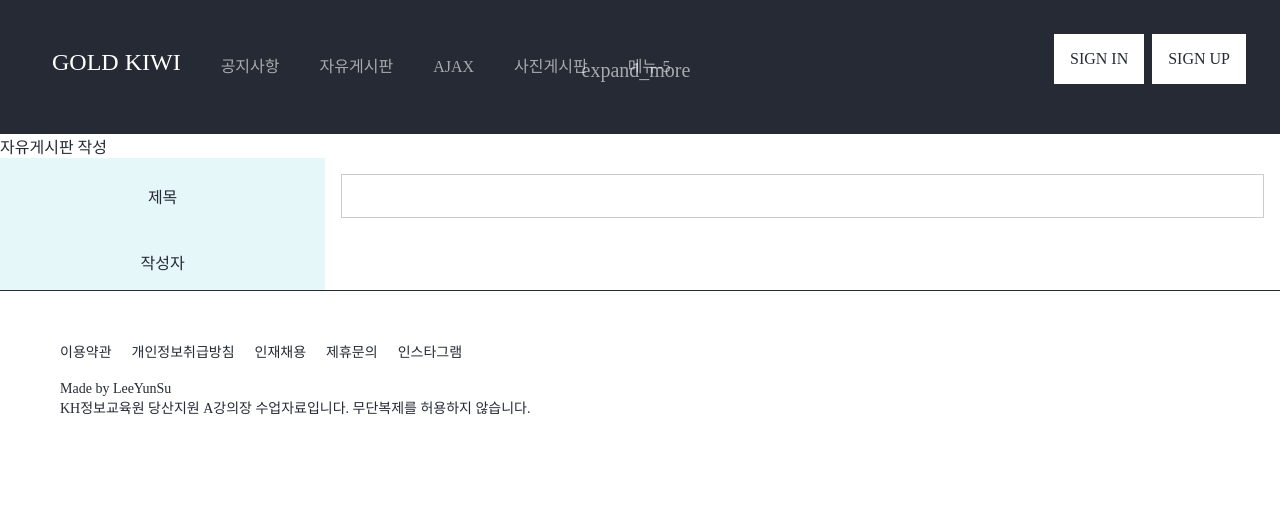
Repository: RiboKim/web-workspace
Page: http://localhost/07_mvc2WebProject/WEB-INF/views/board/BoardWriteFrm.jsp
An editor plug-in stored every save of this project. The page is shown before and after the next save, followed by the edit.
The browser window is 1280 px wide. The pictures show the whole page.
Some web fonts or font styles are not loaded; a fallback is used. The page is served by Tomcat 9. Nobody is signed in. Other server files are loaded and not shown. The template is opened directly, without the code that normally fills it, so the values that code supplies are empty.

Above is the page before, as saved 2023-02-16 09:03:51.

### 07_mvc2WebProject/src/main/webapp/WEB-INF/views/board/BoardWriteFrm.jsp
<%@ page language="java" contentType="text/html; charset=UTF-8"
    pageEncoding="UTF-8"%>
<!DOCTYPE html>
<html>
<head>
<meta charset="UTF-8">
<title>Insert title here</title>
</head>
<body>
	<%@include file = "/WEB-INF/views/common/header.jsp" %>
	<div class="content-page">
		<div class="content-title">자유게시판 작성</div>
		<form action=/noticeWrite.do" method="post" enctype="multipart/form/data">
			<table class="tbl" id="boardWrite">
			<tr class="tr-1">
				<td class="td-3">제목</td>
				<td colspan="3">
					<input type="text" name="boardTitle" class="input-form">
				</td>
			</tr>
			<tr class="tr-1">
				<td class="td-3">작성자</td>
				<td colspan="3">
					<input type="hidden" name="boardWriter" class="input-form">
				</td>
			</tr>
			</table>
		</form>
	</div>
	<%@include file = "/WEB-INF/views/common/footer.jsp" %>
</body>
</html>

### 07_mvc2WebProject/src/main/webapp/WEB-INF/views/common/header.jsp
<%@page import="kr.or.iei.member.model.vo.Member"%>
<%@ page language="java" contentType="text/html; charset=UTF-8"
    pageEncoding="UTF-8"%>
    <%
    	Member m = (Member)session.getAttribute("m");
    %>

	<!-- 구글 아이콘 -->
    <link href="https://fonts.googleapis.com/icon?family=Material+Icons" rel="stylesheet">
    <!-- jquery -->
    <script src="/js/jquery-3.6.0.js"></script>
    <!-- 기본 CSS -->
    <link rel="stylesheet" href="/css/default.css" />
    <!-- 기본 js -->
    <script src="/js/default.js"></script>

    <header>
      <div class="site-logo">
        <a href="/">GOLD KIWI</a>
      </div>
      <nav>
        <ul class="navi">
          <li><a href="/noticeList.do?requestPage=1">공지사항</a></li>
          <li><a href="/boardList.do?requestPage=1">자유게시판</a></li>
          <li><a href="/ajax.do">AJAX</a></li>
          <li><a href="/photoList.do">사진게시판</a></li>
          <li>
			<a href="#">메뉴-5</a>
            <ul class="sub-navi">
              <li><a href="/email.do">email</a></li>
              <li><a href="/map.do">지도</a></li>
              <li><a href="/pay.do">결제</a></li>
            </ul>
           </li>
        </ul>
      </nav>
      <div class="header-link">
      <%if(m == null){ %>
        <button class="btn bc11 modal-open-btn" target="#login-modal">SIGN IN</button>
        <a class="btn bc11" href="/signupFrm.do">SIGN UP</a>
      <%}else{ %>
      <%--<a class="btn bc11" href="/mypage1.do"><%=m.getMemberName() %></a> --%>
      <%--memberId를 mypage2.do로 넘겨주는거 --%>
      <a class="btn bc11" href="/mypage2.do?memberId=<%=m.getMemberId() %>"><%=m.getMemberName() %></a>

      <a class="btn bc11" href="/logout.do">LOGOUT</a>
      <%} %>
      </div>
    </header>
    <%if(m == null) {%>
    <div id="login-modal" class="modal-bg">
      <div class="modal-wrap">
        <div class="modal-head">
          <h2>SIGN IN</h2>
          <span class="material-icons close-icon modal-close">close</span>
        </div>
        <form action="/signin.do" method="post">
        <div class="modal-content">
          <div class="input-box">
          	<label for="signId">아이디</label>
          	<input type="text" name="signId" id="signId" class="input-form" placeholder="아이디입력">
          </div>
          <div class="input-box">
          	<label for="signPw">비밀번호</label>
          	<input type="password" name="signPw" id="signPw" class="input-form" placeholder="비밀번호입력">
          </div>
          <div class="input-box link-box">
          	<a href="#">아이디/비밀번호 찾기</a>
          </div>
        </div>
        <div class="modal-foot">
          <button type="submit" class="btn bc11">로그인</button>
          <button type="button" class="btn bc1 modal-close">취소</button>
        </div>
        </form>
      </div>
    </div>
    <%}%>

### 07_mvc2WebProject/src/main/webapp/WEB-INF/views/common/footer.jsp
<%@ page language="java" contentType="text/html; charset=UTF-8"
    pageEncoding="UTF-8"%>
	<footer>
      <div class="footer-content">
        <ul>
          <li><a href="#">이용약관</a></li>
          <li><a href="#">개인정보취급방침</a></li>
          <li><a href="#">인재채용</a></li>
          <li><a href="#">제휴문의</a></li>
          <li><a href="#">인스타그램</a></li>
        </ul>
        <p>Made by LeeYunSu</p>
        <p>
          KH정보교육원 당산지원 A강의장 수업자료입니다. 무단복제를 허용하지
          않습니다.
        </p>
      </div>
    </footer>

### 07_mvc2WebProject/src/main/webapp/css/default.css
/* 사용할 font 선언 */
@font-face {
  font-family: ns-thin;
  src: url(../font/NotoSansKR-Thin.otf);
}
@font-face {
  font-family: ns-light;
  src: url(../font/NotoSansKR-Light.otf);
}
@font-face {
  font-family: ns-m;
  src: url(../font/NotoSansKR-Medium.otf);
}
@font-face {
  font-family: ns-bold;
  src: url(../font/NotoSansKR-Bold.otf);
}
@font-face {
  font-family: ns-black;
  src: url(../font/NotoSansKR-Black.otf);
}
/*
    사이트 사용 색상
    balck : #252A34
    darkgray : #393E46
    lightgray : #EEEEEE
    dark-mint : #00ADB5
    mint : #08D9D6
    point-red : #FF2E63
    point-pink : #F85F73
    point-violet : #892CDC
*/
/* 전체태그 기본 margin, padding 제거 */
/* 기본 글씨 색 및 폰트 설정 */

* {
  margin: 0;
  padding: 0;
  color: #252a34;
  font-family: ns-m;
}
body {
  display: flex;
  flex-direction: column;
  min-height: 100vh;
}
/* 기본화면 레이아웃 */
a {
  text-decoration: none;
}
header {
  background-color: #252a34;
  padding: 32px;
  display: flex;
  min-width: 1200px;
}
header > *:not(.header-link) {
  float: left;
}
header > .site-logo {
  padding: 0px 20px;
}
header > .site-logo > a {
  color: #fff;
  font-family: ns-bold;
  font-size: 24px;
  line-height: 60px;
}
header > nav {
  flex-grow: 1;
}

header > nav > .navi {
  list-style-type: none;
}
header > nav > .navi > li {
  float: left;
  position: relative;
}
header > nav > .navi > li > a {
  display: block;
  color: rgba(255, 255, 255, 0.6);
  padding: 5px 20px;
  transition-duration: 0.5s;
  line-height: 60px;
}
header > nav > .navi > li:hover > a,
header > nav > .navi > li:hover > a + span {
  color: rgba(255, 255, 255, 1);
}
header > nav > .navi > li:hover > .sub-navi {
  display : block;
}
header > nav .sub-navi {
  position: absolute;
  background-color: #fff;
  list-style-type: none;
  display: none;
  border: 1px solid rgba(0, 0, 0, 0.2);
  left: 10px;
  min-width: 10rem;
}
header > nav .sub-navi > li {
  padding: 0.25rem 1rem;
}
header > nav .sub-navi > li > a {
  display: block;
}
header > nav .sub-navi > li:hover {
  background-color: rgba(0, 0, 0, 0.05);
}
.material-icons.dropdown {
  font-size: 20px;
  color: rgba(255, 255, 255, 0.6);
  position: absolute;
  right: 0px;
  top: 27px;
  transition-duration: 0.5s;
}
.material-icons.dropdown:hover {
  cursor: pointer;
}
.page-content {
  width: 1200px;
  margin: 30px auto;
  margin-bottom: 10px;
  flex-grow: 1;
}
.page-title {
  font-family: ns-bold;
  padding: 20px 0px;
  font-size: 1.5rem;
}
footer {
  padding: 50px;
  border-top: 1px solid #252a34;
}
footer > .footer-content {
  width: 1200px;
  margin: 0 auto;
  padding: 0px 10px;
}
footer > .footer-content * {
  font-size: 14px;
}
footer > .footer-content > ul {
  list-style-type: none;
  overflow: hidden;
  margin-bottom: 20px;
}
footer > .footer-content > ul > li {
  float: left;
}
footer > .footer-content > ul > li > a {
  padding-right: 20px;
}

/* font 클래스*/
.f-thin {
  font-family: ns-thin;
}
.f-light {
  font-family: ns-light;
}
.f-medium {
  font-family: ns-m;
}
.f-bold {
  font-family: ns-bold;
}
.f-black {
  font-family: ns-black;
}

/* 글씨 색 */
.fc-1 {
  color: #252a34;
}
.fc-2 {
  color: #393e46;
}
.fc-3 {
  color: #eeeeee;
}
.fc-4 {
  color: #00adb5;
}
.fc-5 {
  color: #08d9d6;
}
.fc-6 {
  color: #ff2e63;
}
.fc-7 {
  color: #f85f73;
}
.fc-8 {
  color: #892cdc;
}

/* 배경 색*/
.bg-1 {
  background-color: #252a34;
}
.bg-2 {
  background-color: #393e46;
}
.bg-3 {
  background-color: #eeeeee;
}
.bg-4 {
  background-color: #00adb5;
}
.bg-5 {
  background-color: #08d9d6;
}
.bg-6 {
  background-color: #ff2e63;
}
.bg-7 {
  background-color: #f85f73;
}
.bg-8 {
  background-color: #892cdc;
}

/* 테이블 디자인 */
.tbl {
  width: 100%;
  border-spacing: 0px;
  border-collapse: collapse;
}
.tbl th,
.tbl td {
  padding: 1rem;
  text-align: center;
}
.tbl .tr-1 {
  background-color: rgba(255, 255, 255, 1);
}
.tbl .tr-2 {
  background-color: rgba(57, 62, 70, 0.1);
}
.tbl .tr-3 {
  background-color: rgba(0, 173, 181, 0.1);
}
.tbl .tr-4 {
  background-color: rgba(137, 44, 220, 0.1);
}
.tbl .tr-5 {
  background-color: rgba(255, 46, 999, 0.1);
}
.tbl .td-1 {
  background-color: rgba(255, 255, 255, 1);
}
.tbl .td-2 {
  background-color: rgba(57, 62, 70, 0.1);
}
.tbl .td-3 {
  background-color: rgba(0, 173, 181, 0.1);
}
.tbl .td-4 {
  background-color: rgba(137, 44, 220, 0.1);
}
.tbl .td-5 {
  background-color: rgba(255, 46, 999, 0.1);
}
.tbl.tbl-hover .tr-1:hover {
  background-color: rgba(0, 0, 0, 0.05);
}
.tbl.tbl-hover .tr-2:hover {
  background-color: rgba(57, 62, 70, 0.15);
}
.tbl.tbl-hover .tr-3:hover {
  background-color: rgba(0, 173, 181, 0.15);
}
.tbl.tbl-hover .tr-4:hover {
  background-color: rgba(137, 44, 220, 0.15);
}
.tbl.tbl-hover .tr-5:hover {
  background-color: rgba(255, 46, 999, 0.15);
}

/* 버튼 디자인 */
.btn {
  border: none;
  padding: 1rem;
  display: inline-block;
  box-sizing: border-box;
  transition-duration: 0.5s;
  font-size: 16px;
  font-family: ns-light;
}
.bc1 {
  background-color: rgba(37, 42, 52, 0.9);
  color: #fff;
  border: 2px solid rgba(37, 42, 52, 0.9);
}
.bc1:hover {
  background-color: rgba(37, 42, 52, 1);
  cursor: pointer;
}
.bc2 {
  background-color: rgba(57, 62, 70, 0.9);
  color: #fff;
  border: 2px solid rgba(57, 62, 70, 0.9);
}
.bc2:hover {
  background-color: rgba(57, 62, 70, 1);
  cursor: pointer;
}
.bc3 {
  background-color: rgba(238, 238, 238, 0.9);
  color: #252a34;
  border: 2px solid rgba(238, 238, 238, 0.9);
}
.bc3:hover {
  background-color: rgba(238, 238, 238, 1);
  cursor: pointer;
}
.bc4 {
  background-color: rgba(0, 173, 181, 0.9);
  color: #fff;
  border: 2px solid rgba(0, 173, 181, 0.9);
}
.bc4:hover {
  background-color: rgba(0, 173, 181, 1);
  cursor: pointer;
}
.bc5 {
  background-color: rgba(8, 217, 214, 0.9);
  color: #fff;
  border: 2px solid rgba(8, 217, 214, 0.9);
}
.bc5:hover {
  background-color: rgba(8, 217, 214, 1);
  cursor: pointer;
}
.bc6 {
  background-color: rgba(255, 46, 99, 0.9);
  color: #fff;
  border: 2px solid rgba(255, 46, 99, 0.9);
}
.bc6:hover {
  background-color: rgba(255, 46, 99, 1);
  cursor: pointer;
}
.bc7 {
  background-color: rgba(248, 95, 115, 0.9);
  color: #fff;
  border: 2px solid rgba(248, 95, 115, 0.9);
}
.bc7:hover {
  background-color: rgba(248, 95, 115, 1);
  cursor: pointer;
}
.bc8 {
  background-color: rgba(137, 44, 220, 0.9);
  color: #fff;
  border: 2px solid rgba(137, 44, 220, 0.9);
}
.bc8:hover {
  background-color: rgba(137, 44, 220, 1);
  cursor: pointer;
}
.bc11 {
  color: rgba(37, 42, 52, 1);
  background-color: #fff;
  border: 2px solid rgba(37, 42, 52, 1);
}
.bc11:hover {
  background-color: rgba(37, 42, 52, 1);
  cursor: pointer;
  color: #fff;
}
.bc22 {
  color: rgba(57, 62, 70, 1);
  background-color: #fff;
  border: 2px solid rgba(57, 62, 70, 1);
}
.bc22:hover {
  background-color: rgba(57, 62, 70, 1);
  cursor: pointer;
  color: #fff;
}
.bc33 {
  color: rgba(37, 42, 52, 1);
  background-color: #fff;
  border: 2px solid rgba(238, 238, 238, 1);
}
.bc33:hover {
  background-color: rgba(238, 238, 238, 1);
  cursor: pointer;
  color: rgba(37, 42, 52, 1);
}
.bc44 {
  color: rgba(0, 173, 181, 1);
  background-color: #fff;
  border: 2px solid rgba(0, 173, 181, 1);
}
.bc44:hover {
  background-color: rgba(0, 173, 181, 1);
  color: #fff;
  cursor: pointer;
}
.bc55 {
  color: rgba(8, 217, 214, 1);
  background-color: #fff;
  border: 2px solid rgba(8, 217, 214, 1);
}
.bc55:hover {
  background-color: rgba(8, 217, 214, 1);
  color: #fff;
  cursor: pointer;
}
.bc66 {
  color: rgba(255, 46, 99, 1);
  background-color: #fff;
  border: 2px solid rgba(255, 46, 99, 1);
}
.bc66:hover {
  background-color: rgba(255, 46, 99, 1);
  color: #fff;
  cursor: pointer;
}
.bc77 {
  color: rgba(248, 95, 115, 1);
  background-color: #fff;
  border: 2px solid rgba(248, 95, 115, 1);
}
.bc77:hover {
  background-color: rgba(248, 95, 115, 1);
  color: #fff;
  cursor: pointer;
}
.bc88 {
  color: rgba(137, 44, 220, 1);
  background-color: #fff;
  border: 2px solid rgba(137, 44, 220, 1);
}
.bc88:hover {
  background-color: rgba(137, 44, 220, 1);
  color: #fff;
  cursor: pointer;
}
.bs1 {
  padding: 1rem;
}
.bs2 {
  padding: 1.5rem;
  font-size: 1.1em;
}
.bs3 {
  padding: 2rem;
  font-size: 1.2em;
}
.bs4 {
  width: 100%;
  padding: 2rem;
  font-size: 1.2em;
}
/* input 디자인 */
.input-form {
  width: 100%;
  display: block;
  padding: 0.8rem;
  background-color: #fff;
  outline: none;
  border: 1px solid #ccc;

  box-sizing: border-box;
}
.input-form:focus {
  box-shadow: 0 0 0 0.1rem #eee;
}

textarea.input-form {
  resize: none;
  min-height: 300px;
}
.input-form:read-only:not(select),
.input-form:disabled {
  background-color: #f7f7f9;
}
/* 페이징 디자인 */
.pagination {
  list-style-type: none;
  display: flex;
  justify-content: center;
  align-items: center;
}
.pagination > li {
  width: 40px;
  height: 40px;
  text-align: center;
  line-height: 40px;
  overflow: hidden;
}
.pagination.circle-style > li {
  border-radius: 50%;
}
.pagination > li > a.page-item {
  display: block;
  width: 100%;
  height: 100%;
  font-size: 18px;
}
.pagination > li > a.page-item > span.material-icons {
  display: block;
  width: 100%;
  height: 100%;
  line-height: 40px;
}
.pagination .page-item.active-page {
  background-color: #252a34;
  color: #fff;
}
/*게시물 표현*/
.posting-wrap {
  display: flex;
  flex-wrap: wrap;
}
.posting-wrap .posting-item {
  box-sizing: border-box;
  width: calc(100% / 5);
  padding: 20px;
}
.posting-wrap .posting-item .posting-img img {
  width: 100%;
  height: 200px;
}
.posting-wrap .posting-item .posting-content {
  width: 80%;
  margin: 0 auto;
}
.posting-wrap .posting-item:hover {
  box-shadow: 0 2px 10px 0 rgba(0, 0, 0, 0.2);
}
/* 댓글 */
.posting-comment {
  display: flex;
  border-top: 2px solid #ccc;

  list-style-type: none;
}
.posting-comment > li {
  box-sizing: border-box;
}
.posting-comment > li:first-child {
  width: 15%;
  display: flex;
  justify-content: center;
  align-items: center;
  min-height: 100px;
  border-right: 1px solid #ccc;
}
.posting-comment.reply > li:first-child {
  width: 20%;
}
.posting-comment > li:first-child .material-icons {
  font-size: 80px;
  color: #ccc;
}
.posting-comment.reply > li:first-child .material-icons:first-child {
  font-size: 40px;
  color: #ccc;
}
.posting-comment.reply > li:last-child {
  display: flex;
  flex-direction: column;
  width: 80%;
}
.posting-comment > li:last-child {
  display: flex;
  flex-direction: column;
  width: 85%;
}
.posting-comment > li:last-child > p {
  width: 100%;
  padding: 5px;
  box-sizing: border-box;
}
.posting-comment > li:last-child > .comment-info > span {
  padding: 0px 10px;
}
.posting-comment > li:last-child > .comment-info > span:not(:last-child) {
  border-right: 2px solid #ccc;
}
.posting-comment > li:last-child > .comment-content {
  padding: 0px 15px;
}
.posting-comment > li:last-child > .comment-link {
  text-align: right;
}
.posting-comment > li:last-child > .comment-link > a {
  margin: 0px 5px;
}
.posting-comment > li:last-child > .comment-link > a:hover {
  text-decoration: underline;
}

/*모달*/
.modal-bg {
  background-color: rgba(0, 0, 0, 0.3);
  position: fixed;
  width: 100%;
  height: 100vh;
  display: none;
  align-items: center;
  flex-direction: column;
}
.modal-wrap {
  margin-top: 150px;
  width: 600px;
  background: #fff;
  height: auto;
}
.modal-wrap div {
  padding: 1rem;
}
.modal-wrap div:not(:last-child) {
  border-bottom: 1px solid #ccc;
}
.modal-wrap .modal-foot {
  text-align: right;
}
.modal-wrap div.modal-head {
  position: relative;
}
.close-icon {
  position: absolute;
  top: 16px;
  right: 16px;
  font-size: 30px;
}
.close-icon:hover {
  cursor: pointer;
}

### 07_mvc2WebProject/src/main/webapp/js/default.js
$(function () {
  $(document).on("click", ".modal-open-btn", function () {
    $($(this).attr("target")).css("display", "flex");
  });
  $(document).on("click", ".modal-close", function () {
    $(this).parents(".modal-wrap").parent().css("display", "none");
  });
  $(".sub-navi").prev().after("<span class='material-icons dropdown'>expand_more</span>");
});
function alertFunc(icon){
	swal({
        title: '제목',
        text: '내용내용내용',
        icon: icon
      });
      //이후 페이지 이동 시 추가
      /*
      .then(function(){
    	 window.location = "${loc}";
      });
      */
}

Loaded but not shown: 07_mvc2WebProject/src/main/webapp/js/jquery-3.6.0.js (library)

After the next save:
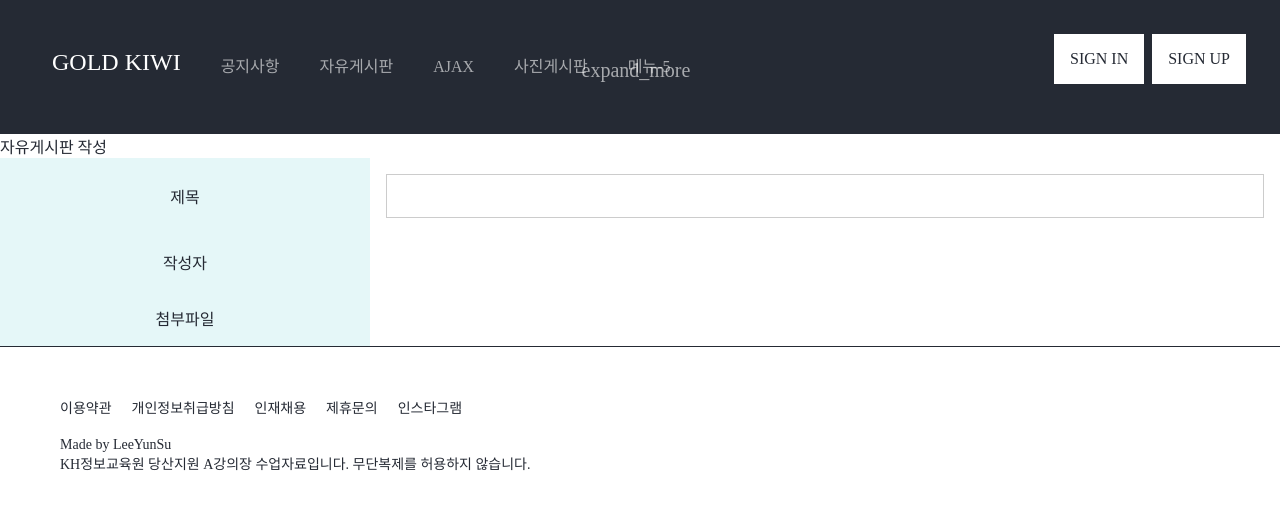
Saved 47 s later.
--- a/07_mvc2WebProject/src/main/webapp/WEB-INF/views/board/BoardWriteFrm.jsp
+++ b/07_mvc2WebProject/src/main/webapp/WEB-INF/views/board/BoardWriteFrm.jsp
@@ -24,6 +24,11 @@
 					<input type="hidden" name="boardWriter" class="input-form">
 				</td>
 			</tr>
+			<tr class="tr-1">
+				<td class="td-3">첨부파일</td>
+				<td colspan="3"></td>
+
+			</tr>
 			</table>
 		</form>
 	</div>
